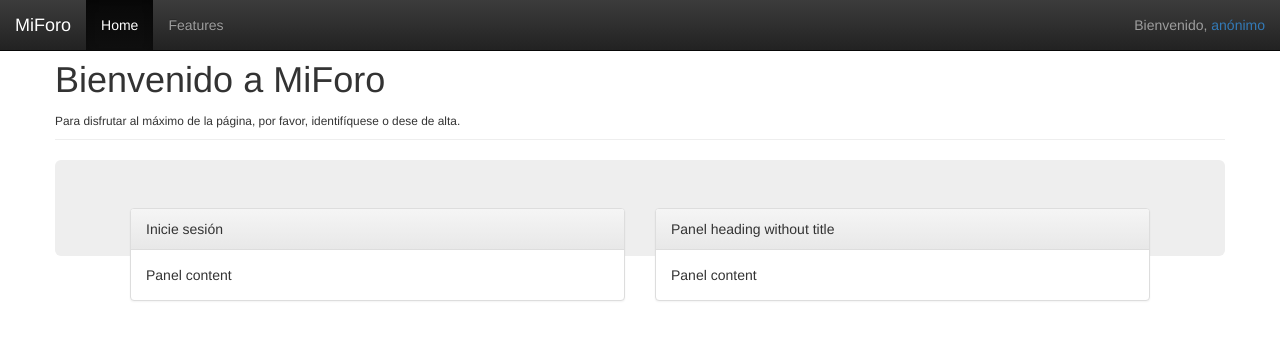
Repository: Myugen/EjercicioPHP
Page: http://localhost/
An editor plug-in stored every save of this project. The page is shown before and after the next save, followed by the edit.
The browser window is 1280 px wide. The pictures show the whole page.
Some web libraries are served in a nearby version. The page is run by PHP 8.4 with error messages shown; the project is at /var/www/html/.

Above is the page before, as saved 2015-11-27 19:24:53.
Not found: ProyectoFinalForo/jsfile

### ProyectoFinalForo/index.php
<?php
session_start();
?>
<!DOCTYPE html>
<html lang="es-ES">
<head>
    <meta charset="UTF-8">
    <!-- JQuery -->
    <script src="https://ajax.googleapis.com/ajax/libs/jquery/1.11.3/jquery.min.js"></script>

    <!-- Latest compiled and minified CSS -->
    <link rel="stylesheet" href="https://maxcdn.bootstrapcdn.com/bootstrap/3.3.6/css/bootstrap.min.css">

    <!-- Optional theme -->
    <link rel="stylesheet" href="https://maxcdn.bootstrapcdn.com/bootstrap/3.3.6/css/bootstrap-theme.min.css">

    <!-- Latest compiled and minified JavaScript -->
    <script src="https://maxcdn.bootstrapcdn.com/bootstrap/3.3.6/js/bootstrap.min.js"></script>
    <script type="text/javascript" src="jsfile"></script>
    <title>Inicio</title>
</head>
<body>
    <div class="container">
    	<div class="row">
    	<nav class="navbar navbar-fixed-top navbar-inverse">
    		<a class="navbar-brand" href="#">MiForo</a>
  			<ul class="nav navbar-nav navbar-left">
	    		<li class="nav-item active">
	      			<a class="nav-link" href="#">Home<span class="sr-only">(current)</span></a>
	    		</li>
	    		<li class="nav-item">
	      			<a class="nav-link" href="#">Features</a>
	    		</li>
    		</ul>
    		<ul class="nav navbar-nav navbar-right">
    			<li class="nav-item" style="padding-right: 15px">
    				<p class="navbar-text">Bienvenido, <a class="nav-link">anónimo</a></p>
    			</li>
    		</ul>
    	</nav>
    	</div>
    	<div class="row" style="padding-top: 20px">
    		<div class="page-header">
    			<h1>Bienvenido a MiForo</h1>
    			<small>Para disfrutar al máximo de la página, por favor, identifíquese o dese de alta.</small>
    		</div>
    	</div>
    	<div class="row">
	    	<div class="jumbotron">
	    	<div class="col-md-6">
	    		<div class="panel panel-default">
  					<div class="panel-heading">Inicie sesión</div>
  					<div class="panel-body">
    					Panel content
  					</div>
				</div>
	    	</div>
	    	<div class="col-md-6">
	    	<div class="panel panel-default">
  <div class="panel-heading">Panel heading without title</div>
  <div class="panel-body">
    Panel content
  </div>
</div>
	    	</div>
	    	</div>
    	</div>
    </div>
</body>
</html>

After the next save:
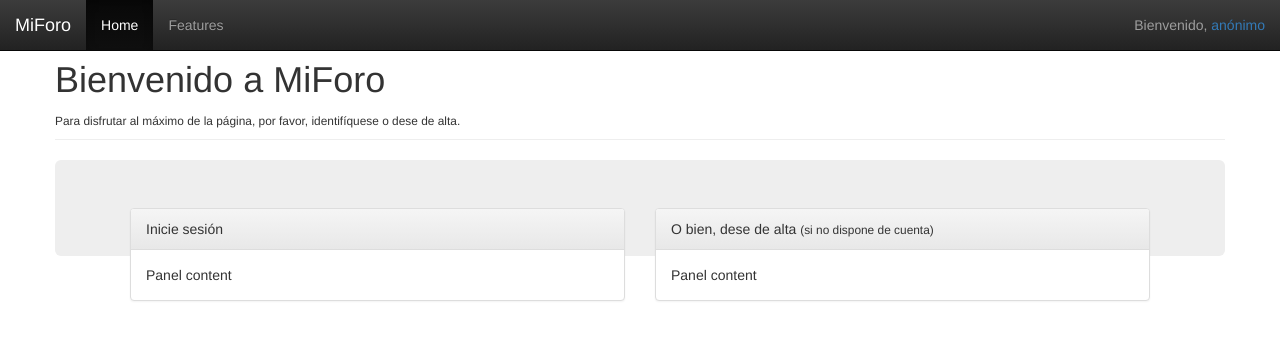
Saved 51 s later.
--- a/ProyectoFinalForo/index.php
+++ b/ProyectoFinalForo/index.php
@@ -57,7 +57,7 @@ session_start();
 	    	</div>
 	    	<div class="col-md-6">
 	    	<div class="panel panel-default">
-  <div class="panel-heading">Panel heading without title</div>
+  <div class="panel-heading">O bien, dese de alta <small>(si no dispone de cuenta)</small></div>
   <div class="panel-body">
     Panel content
   </div>
